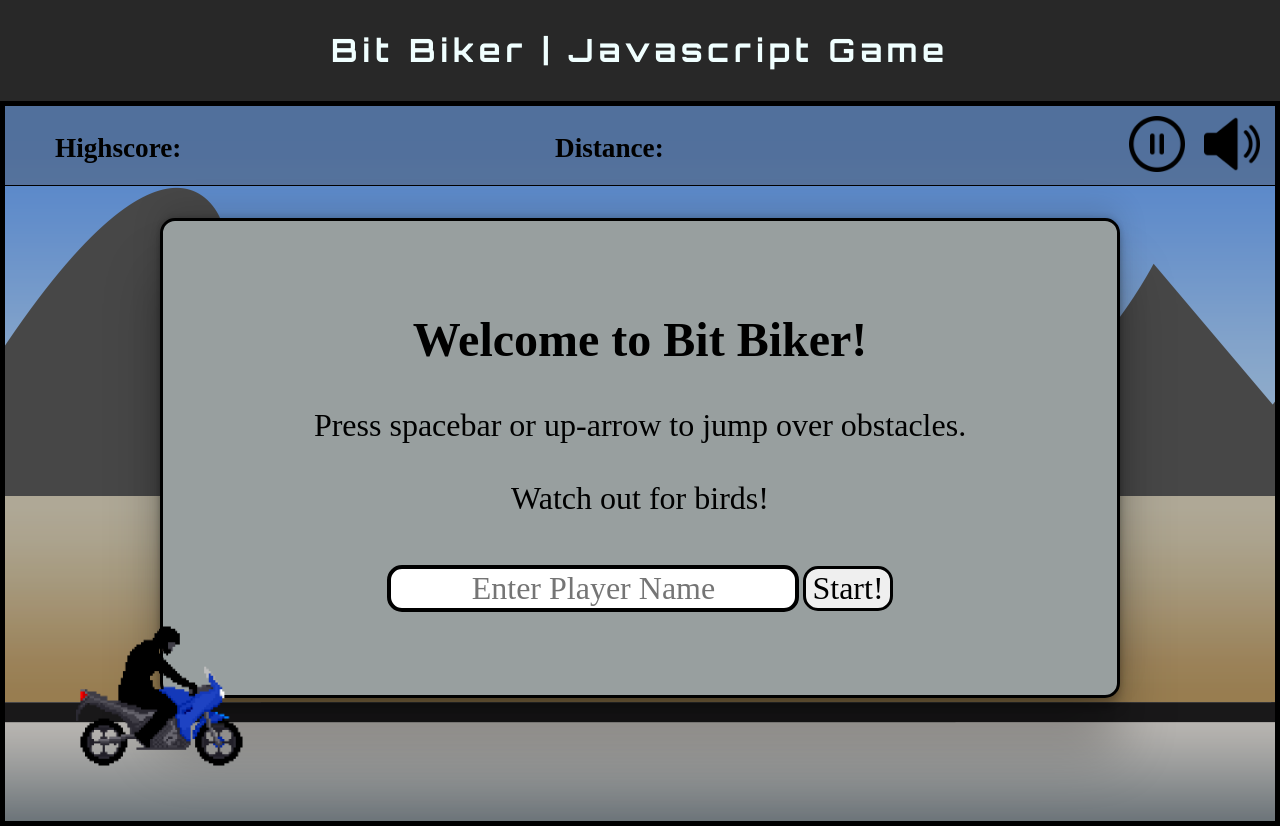
Repository: jellymel0n/bit-biker
Page: index.html
The author's editor kept a copy of each file at every save. The page is drawn from the files as they stood at one save, then again after the next save.
The browser window is 1280 px wide. The pictures show the whole page.

Above is the page before, as saved 2021-07-18 20:13:53.

After the next save:
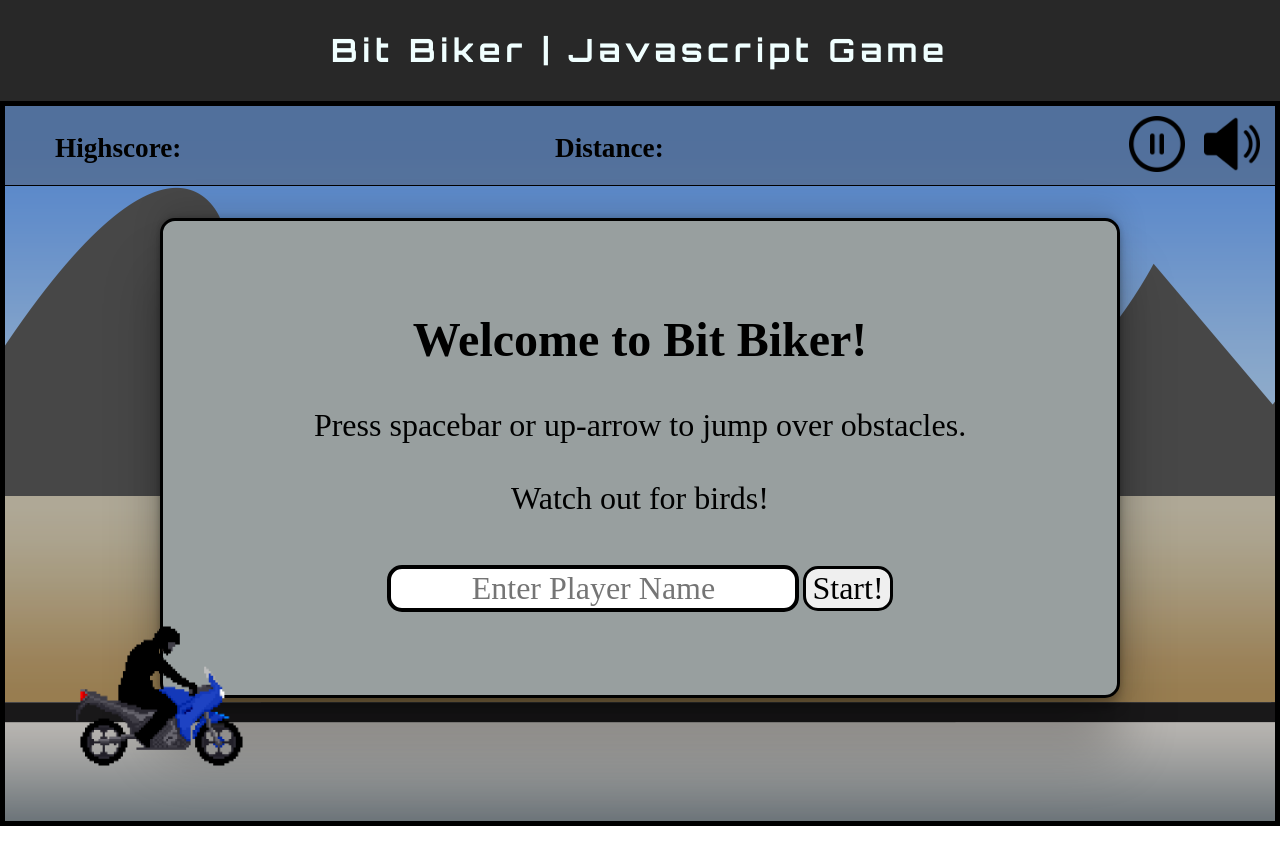
Saved 14 s later.
--- a/styles/styles.css
+++ b/styles/styles.css
@@ -22,7 +22,7 @@ h1 {
 
 .board-bg {
     width: 80rem;
-    height: 725px;
+    height: 750px;
     background-color: white;
     z-index: -9999;
     /* border-radius: 10%; */
